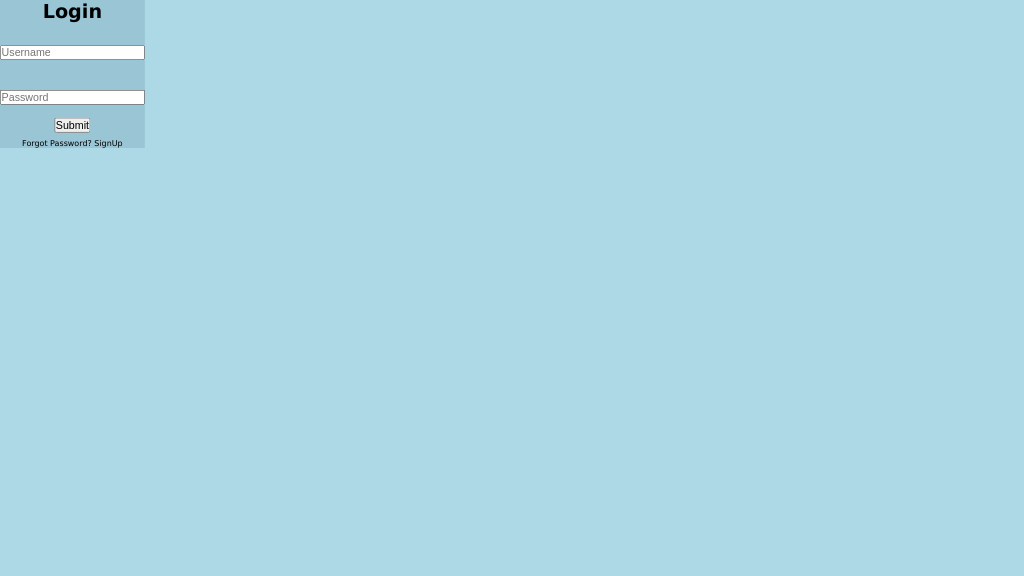
Repository: busra-kayaa/LoginPage
Page: login.html
The author's editor kept a copy of each file at every save. The page is drawn from the files as they stood at one save, then again after the next save.
The browser window is 1280 px wide. The pictures show the whole page, at 80% of full size.

Above is the page before, as saved 2023-12-28 20:21:00.

### login.html
<!DOCTYPE html>
<html>
    <head>
        <title>Login Page</title>
        <link rel="stylesheet" href="./style.css" type="text/css"/>
    </head>
    <body>
        <div class="login-from-container">
            <h2>Login</h2>
            <div class="input-group">
                <i class="fa fa-user"></i>
                <input
                    type="text"
                    placeholder="Username"
                    class="input-text"
                    autocomplete="off"
                />
            </div>
            <div class="input-group">
                <i class="fa fa-unclok-alt"></i>
                <input
                    type="password"
                    placeholder="Password"
                    class="input-text"
                    autocomplete="off"
                />
            </div>
            <div class="subgroup">
                <div class="button-group" id="login-button">
                    <button onclick="alert('Bilgileriniz Başarıyla Alınmıştır.')">Submit</button>
                </div>
                <div class="footer">
                    <a>Forgot Password?</a>
                    <a>SignUp</a>
                </div>
            </div>
        </div>
    </body>
</html>

### style.css

*{
    margin: 0px;
    padding: 0px;
}
body {
    background-color: lightblue;
    color: black;
    display: flex;
    flex-direction: row;
    align-items: center;
    font-family:'Lucida Sans';
}

.login-from-container {
    background-color: rgb(153, 197, 212);
    display: flex;
    flex-direction: column;
    justify-content: center;
    align-items: center;
    text-align: center;

}
.input-group {
    margin-top: 15%;
    margin-bottom: 5%;
}
.button-group {
    display: flex;
    justify-content: center;
    align-items: center;
    font-size: 15px;
    margin: 5%;
}
.subgroup {
 gap: 20px;
}
.footer {
    margin-top: 7%;
    font-size: 10px;
}

After the next save:
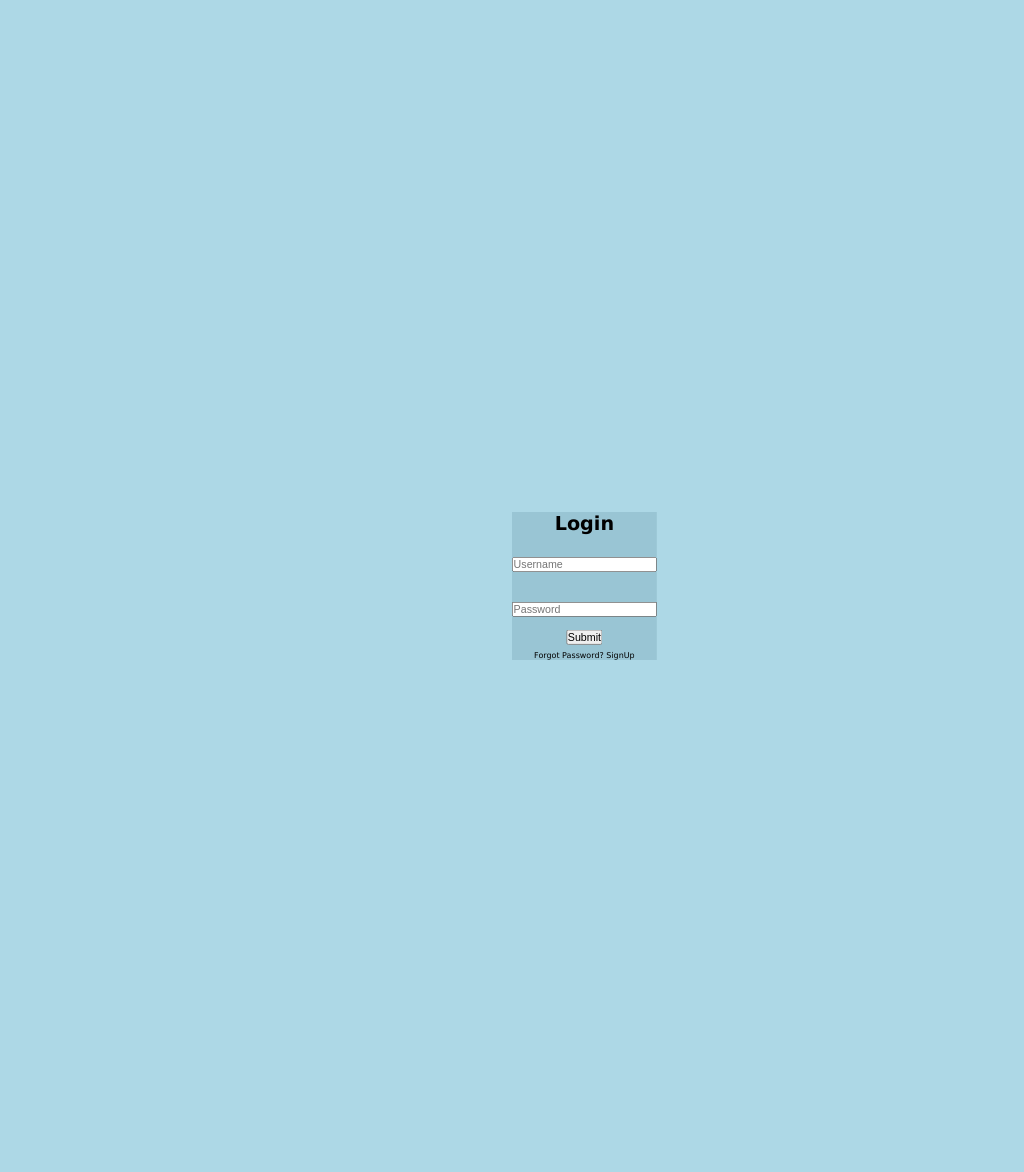
Saved 10 s later.
--- a/style.css
+++ b/style.css
@@ -19,7 +19,7 @@ body {
     justify-content: center;
     align-items: center;
     text-align: center;
-
+    margin: 50%;
 }
 .input-group {
     margin-top: 15%;
